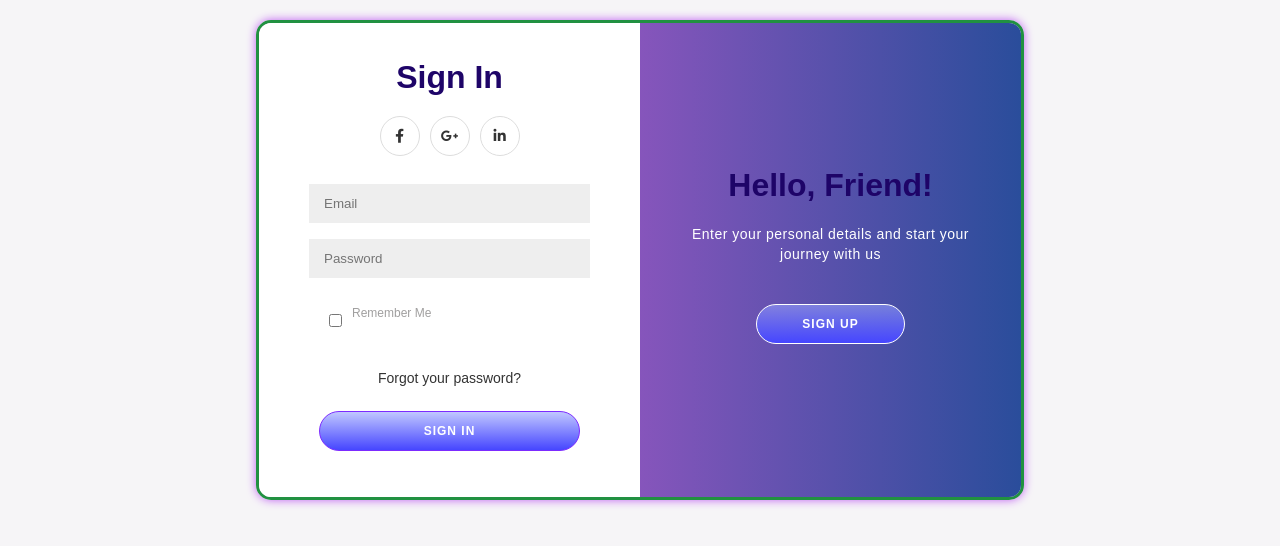
Repository: Zulfiyya077/InternIntelligence_LoginPage
Page: /
These files come from the project's save history. The page is drawn as it stood at one moment and after the next save; the edit follows.
The browser window is 1280 px wide. The pictures show the whole page.
The project was rebuilt for these pictures with package versions that can differ from the ones it lists, and the page was loaded fresh each time. Also part of the build but not shown: vite.config.js.

Above is the page before, as saved 2025-02-02 07:43:03.

After the next save:
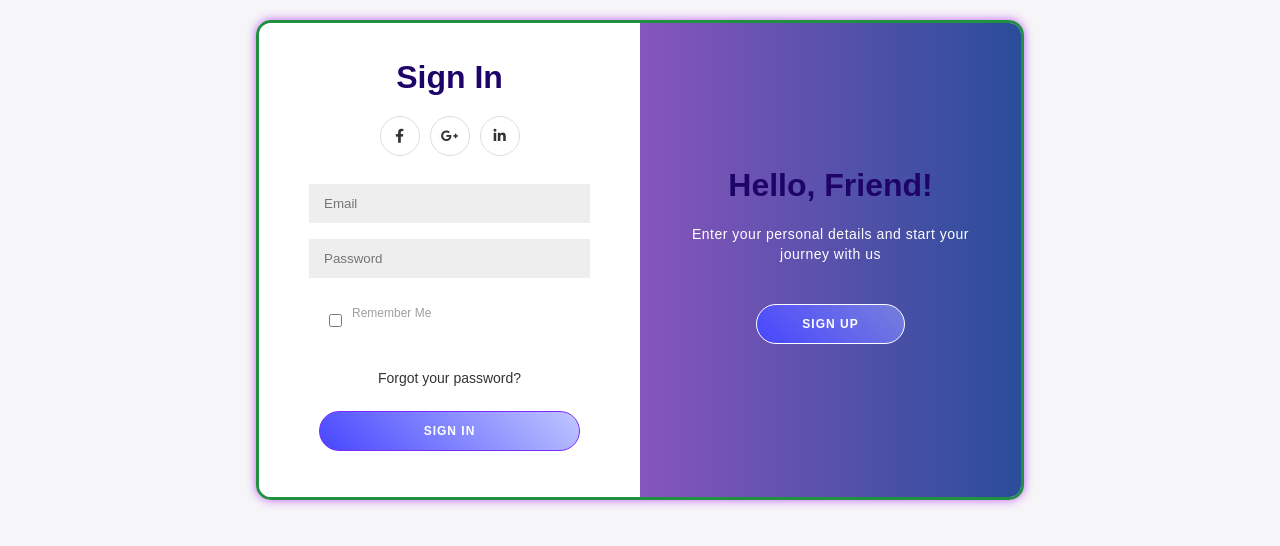
Saved 5 s later.
--- a/src/components/SignInUpForm.module.css
+++ b/src/components/SignInUpForm.module.css
@@ -55,7 +55,7 @@
     border-radius: 20px;
     border: 1px solid #7c2bff;
     background: rgb(186,63,251);
-background: linear-gradient(0deg, rgb(70, 70, 255) 0%, rgba(149, 160, 255, 0.591) 100%);
+background: linear-gradient(45deg, rgb(70, 70, 255) 0%, rgba(149, 160, 255, 0.591) 100%);
     color: #FFFFFF;
     font-size: 12px;
     font-weight: bold;
